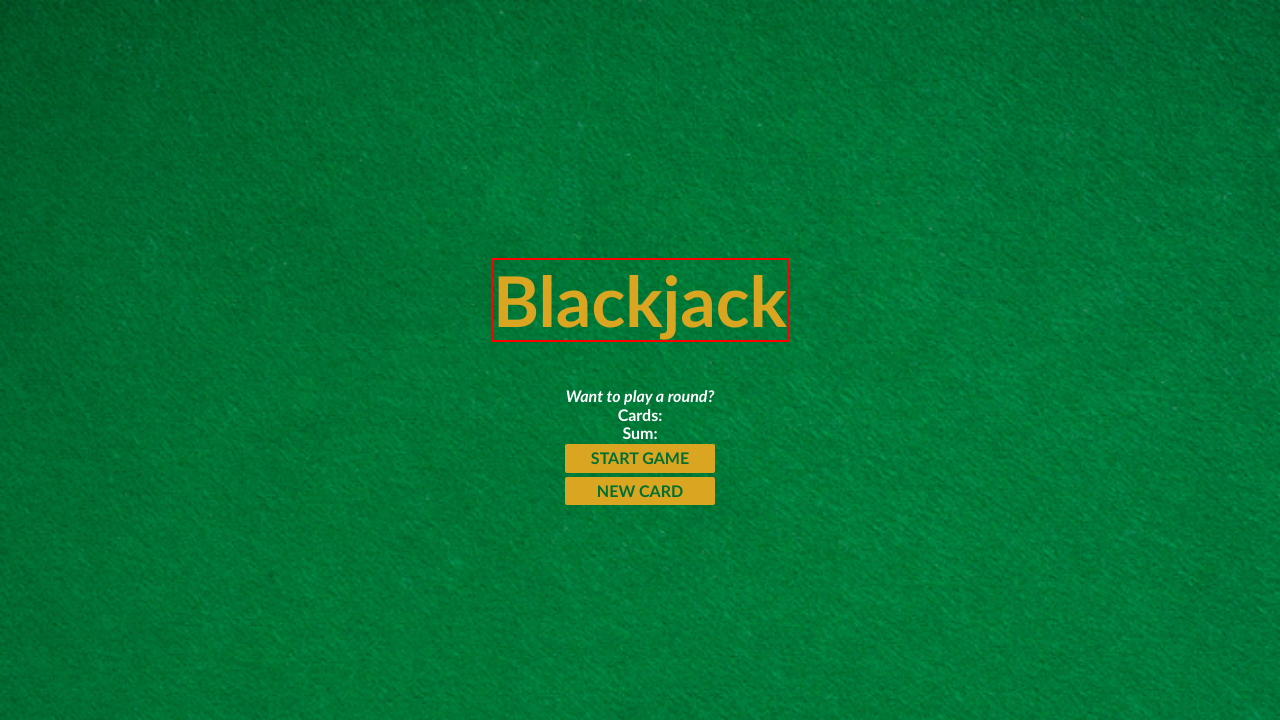
Repository: raghhavv03/javascript-practice
Page: task-5/index.html
The author's editor kept a copy of each file at every save. The page is drawn from the files as they stood at one save, then again after a run of saves.
The browser window is 1280 px wide. The pictures show the whole page.

Above is the page before, as saved 2026-02-09 20:45:18.

After the next 11 saves:
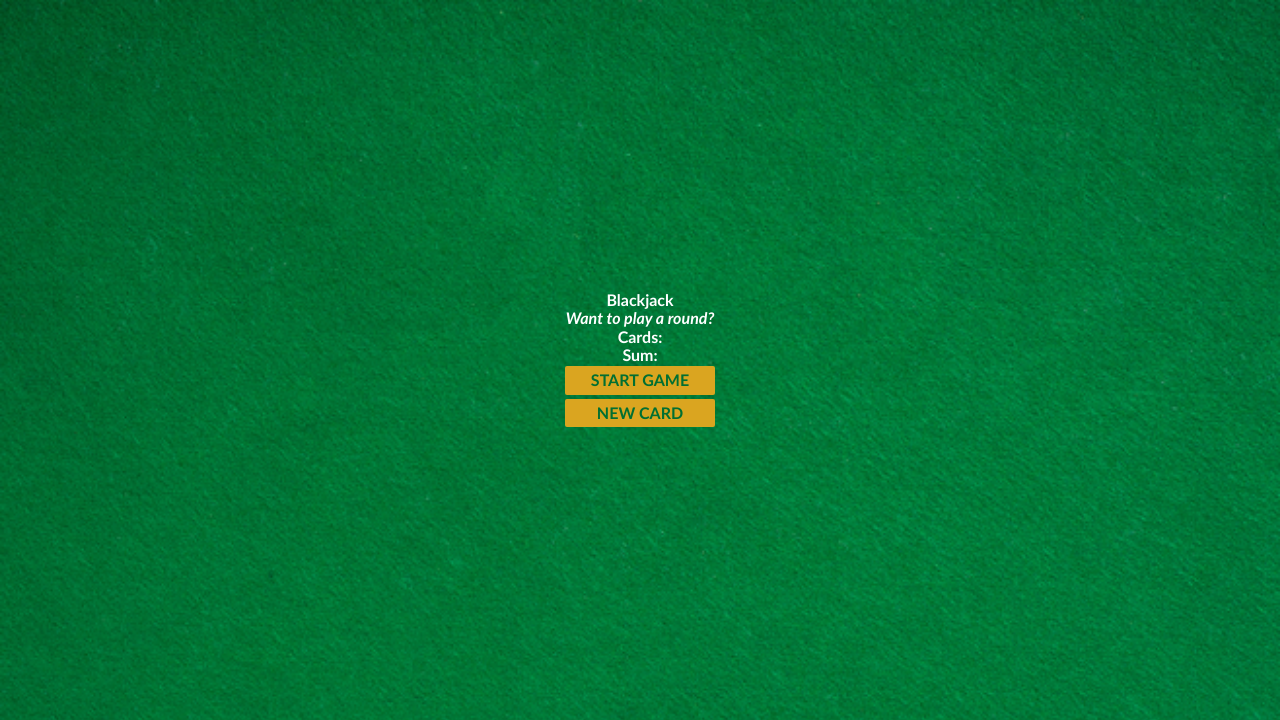
The 11 saves are shown as one change because they came seconds apart.
The last was saved 2 min 37 s later.
--- a/task-5/index.html
+++ b/task-5/index.html
@@ -7,7 +7,7 @@
         <title>Task 5</title>
     </head>
     <body>
-        <h1>Blackjack</h1>
+        <p>Blackjack</p>
 
         <p id="message-el">Want to play a round?</p>
         <p id="cards-el">Cards:</p>
